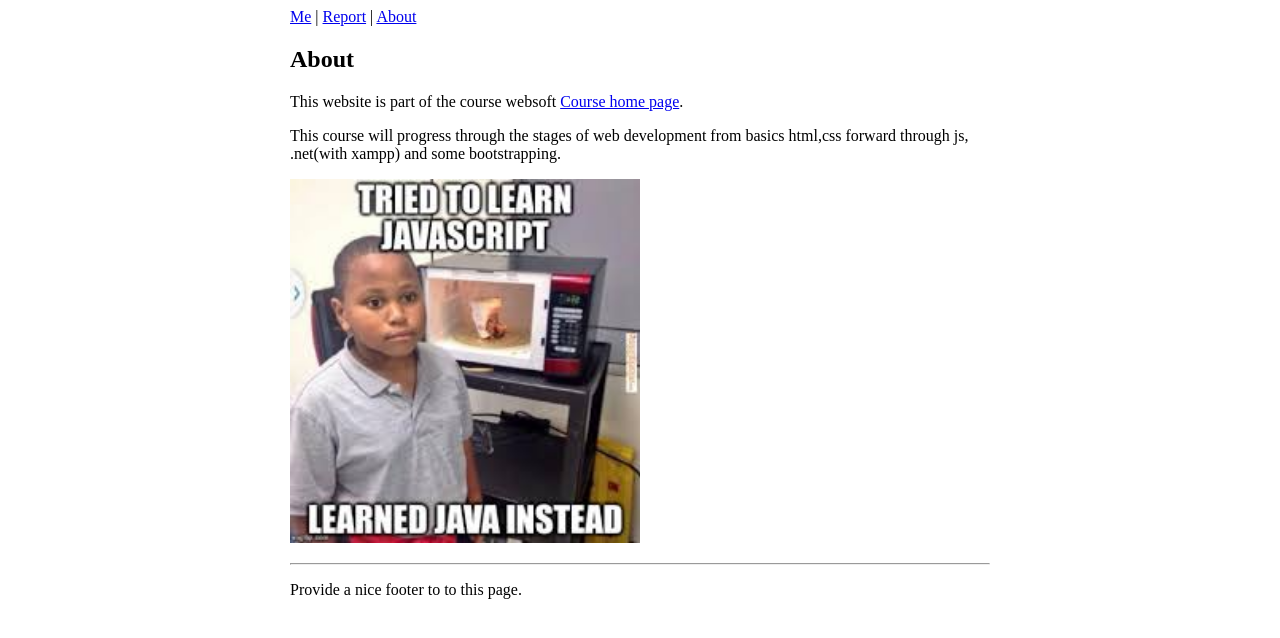
Repository: Webbprogrammering/websoft
Page: work/report/about.html
An editor plug-in stored every save of this project. The page is shown before and after the next save, followed by the edit.
The browser window is 1280 px wide. The pictures show the whole page.

Above is the page before, as saved 2020-01-24 07:28:48.

### work/report/about.html
<!doctype html>
<html lang="en">
<head>
    <meta charset="utf-8">
    <title>About this site</title>
    <link rel="stylesheet" href="css/style.css">
    <link rel="icon" href="favicon.ico">
</head>

<body>



    <header>
        <nav>
            <a href="https://john-daley.github.io/websoft/work/report/me">Me</a> |
            <a href="https://john-daley.github.io/websoft/work/report/report">Report</a> |
            <a href="https://john-daley.github.io/websoft/work/report/about">About</a>
        </nav>
    </header>


<article>

<h1>About</h1>

<p>This website is part of the course websoft <a href="https://www.hkr.se/kurs/DA377B/kursplan">Course home page</a>. <i></i></p>

<p>This course will progress through the stages of web development from basics html,css forward through js, .net(with xampp) and some bootstrapping.</p>

<p></p>

<p>
    <img src="img/jsmeme.jpeg" width="350" alt="I am broken"
    Heres a little meme for ya</p>

</article>

<footer>
    <hr>
    <p>Provide a nice footer to to this page.</p>
</footer>

<script type="text/javascript" src="js/main.js"></script>
</body>
</html>

### work/report/css/style.css
/*
 * Comments are written as C++ style.
 */
html {
    overflow-y: scroll;
}

body {
    margin: 8px auto;
    background: #fff;
    width: 700px;
}

Loaded but not shown: work/report/js/main.js (common file)

After the next save:
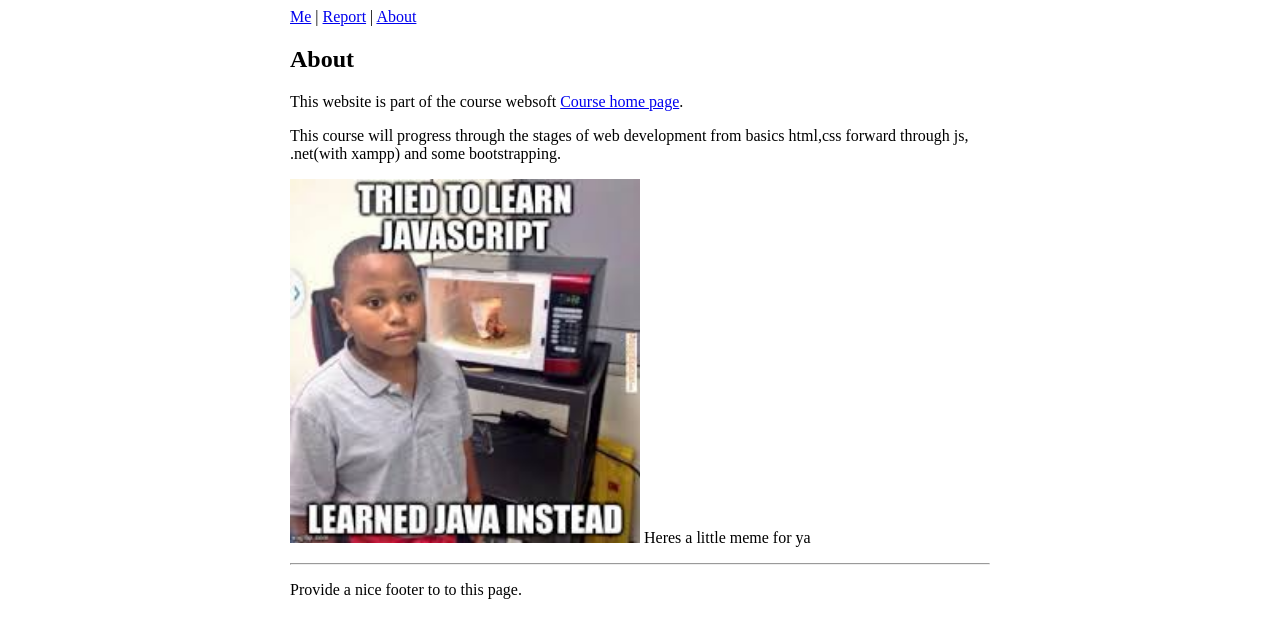
Saved 4 s later.
--- a/work/report/about.html
+++ b/work/report/about.html
@@ -31,7 +31,7 @@
 <p></p>
 
 <p>
-    <img src="img/jsmeme.jpeg" width="350" alt="I am broken"
+    <img src="img/jsmeme.jpeg" width="350" alt="I am broken"/>
     Heres a little meme for ya</p>
 
 </article>
